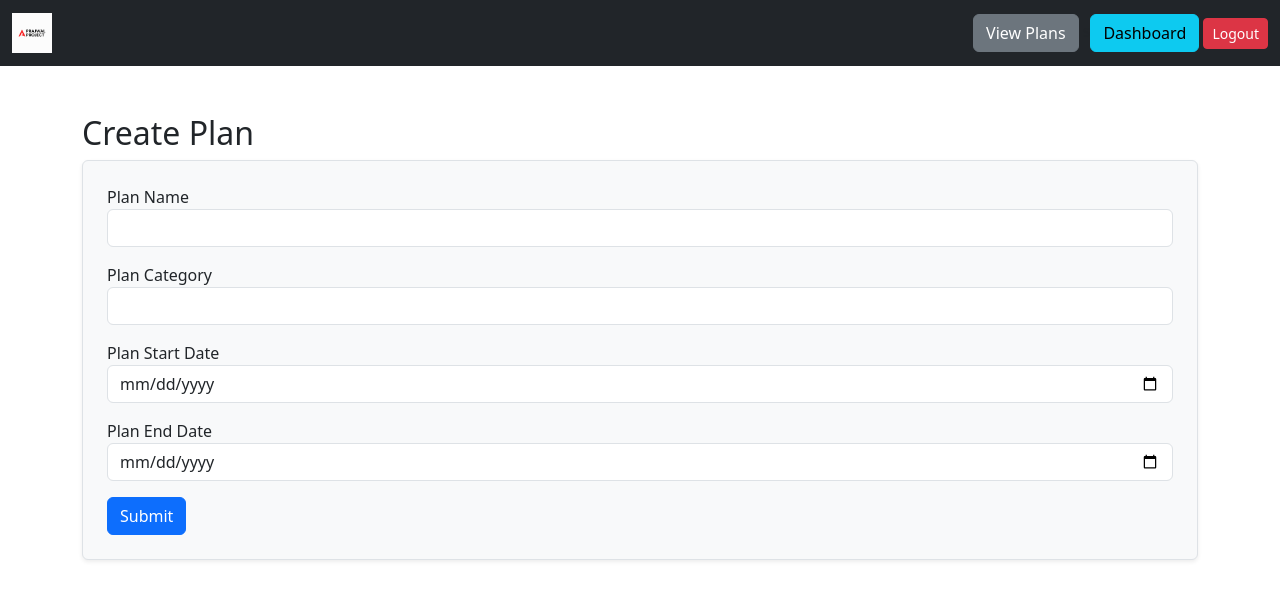
Repository: PRAJWALSINKAR/Spring_boot_Major_Projects
Page: http://localhost/create-plan
The author's editor kept a copy of each file at every save. The page is drawn from the files as they stood at one save, then again after the next save.
The browser window is 1280 px wide. The pictures show the whole page.
The page is this project's Thymeleaf template; nobody is signed in. The template is opened directly, without the code that normally fills it, so the values that code supplies are empty.

Above is the page before, as saved 2025-08-06 18:37:04.

### IES-Integrated_Eligibility_system/src/main/resources/templates/create-plan.html
<!DOCTYPE html>
<html xmlns:th="http://www.thymeleaf.org">
<head>
    <title>Create Plan</title>
    <link rel="stylesheet" href="https://cdn.jsdelivr.net/npm/bootstrap@5.3.2/dist/css/bootstrap.min.css">
</head>
<body>
<nav class="navbar navbar-expand-lg navbar-dark bg-dark">
    <div class="container-fluid">
        <a class="navbar-brand" href="#">
            <img th:src="@{/images/myName-Logo.png}" alt="Logo" width="40" height="40"/>
        </a>
        <div class="ms-auto">
            <a href="/plan/view" class="btn btn-secondary">View Plans</a>
            s<a href="/dashboard" class="btn btn-info">Dashboard</a>
            <a href="/logout" class="btn btn-danger btn-sm">Logout</a>
        </div>
    </div>
</nav>

<div class="container mt-5">
    <h2>Create Plan</h2>

    <div th:if="${succMsg}" class="alert alert-success" th:text="${succMsg}"></div>
    <div th:if="${errMsg}" class="alert alert-danger" th:text="${errMsg}"></div>

    <form th:action="@{/plan/save}" method="post" th:object="${plan}" class="border p-4 rounded shadow-sm bg-light">
        <div class="mb-3">
            <label>Plan Name</label>
            <input type="text" th:field="*{planName}" class="form-control" required>
        </div>

        <div class="mb-3">
            <label>Plan Category</label>
            <input type="text" th:field="*{planCategory}" class="form-control" required>
        </div>

        <div class="mb-3">
            <label>Plan Start Date</label>
            <input type="date" th:field="*{planStartDate}" class="form-control" required>
        </div>

        <div class="mb-3">
            <label>Plan End Date</label>
            <input type="date" th:field="*{planEndDate}" class="form-control" required>
        </div>

        <button type="submit" class="btn btn-primary">Submit</button>
    </form>
</div>
</body>
</html>

After the next save:
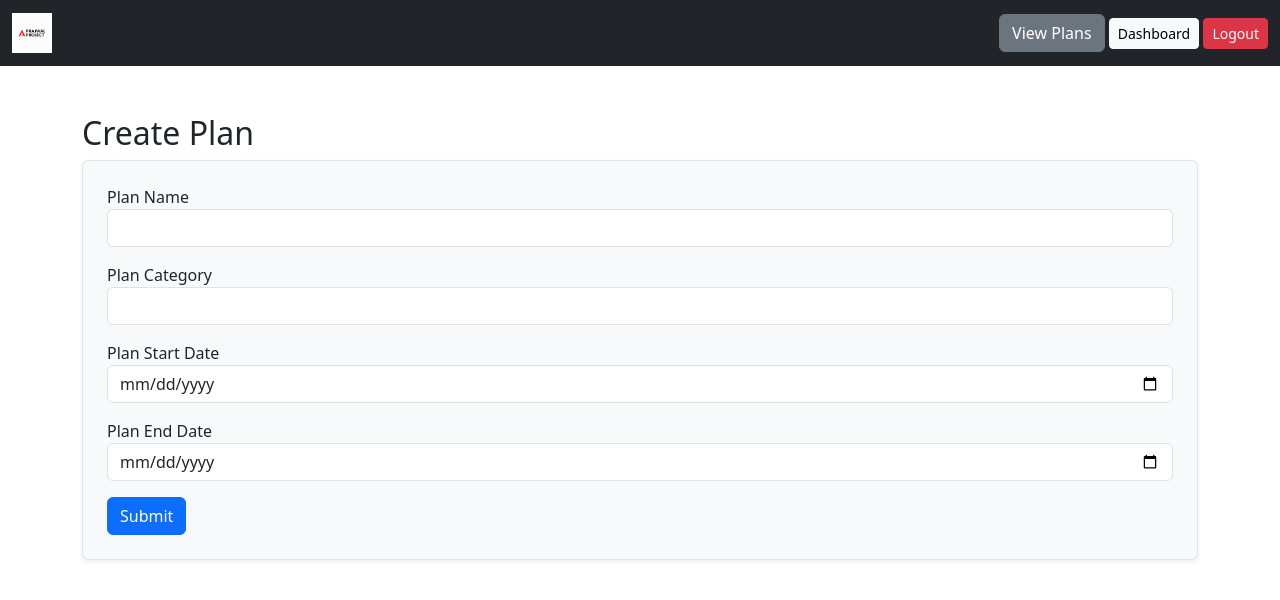
Saved 32 s later.
--- a/IES-Integrated_Eligibility_system/src/main/resources/templates/create-plan.html
+++ b/IES-Integrated_Eligibility_system/src/main/resources/templates/create-plan.html
@@ -12,7 +12,7 @@
         </a>
         <div class="ms-auto">
             <a href="/plan/view" class="btn btn-secondary">View Plans</a>
-            s<a href="/dashboard" class="btn btn-info">Dashboard</a>
+             <a href="/dashboard" class="btn btn-light btn-sm">Dashboard</a>
             <a href="/logout" class="btn btn-danger btn-sm">Logout</a>
         </div>
     </div>
